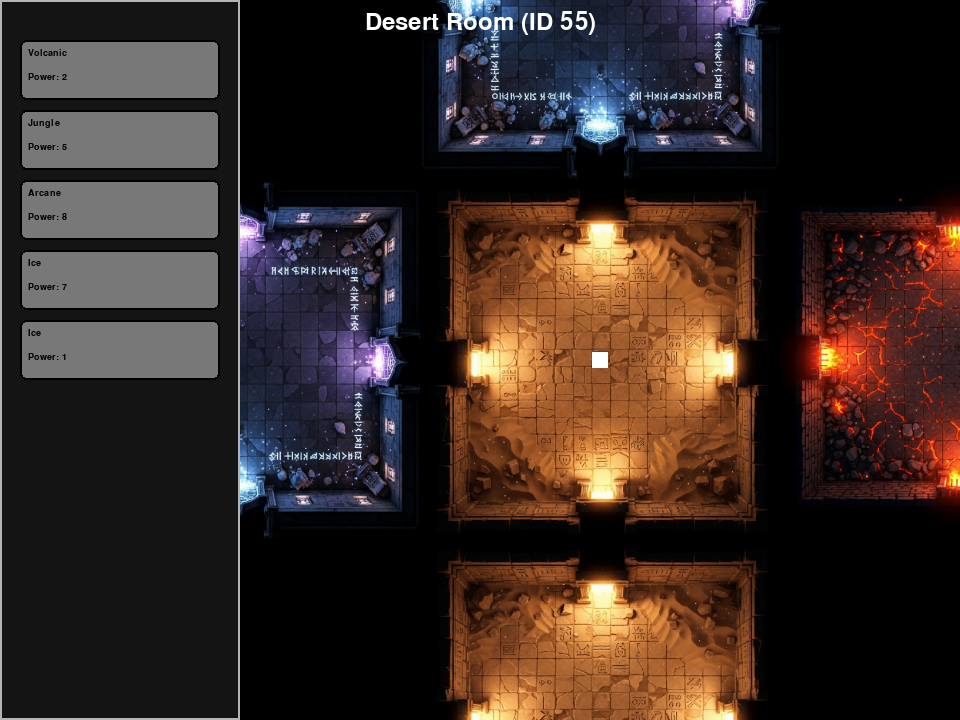
Repository: MehediMim/GateBound
Script's output: python main.py
These files come from the project's save history. The script's output is drawn as it stood at one moment and after a run of saves; the edit follows.
The window is shown after at most 60 frames with no key pressed. Random numbers start from a fixed seed. It also reads assets/bg_arcane.png, assets/bg_desert.png, assets/bg_ice.png, assets/bg_jungle.png, assets/bg_volcanic.png.

Above is the script's output before, as saved 2026-01-26 19:07:37.

### main.py
import pygame
import sys
import random

# =========================
# CONFIG
# =========================
ROOM_ORIGINAL = 720
ROOM_SCALE = 0.5
ROOM_DRAW = int(ROOM_ORIGINAL * ROOM_SCALE)  # 512
FPS = 60
PLAYER_SPEED = 5
DEBUG = True

GRID_W = 10
GRID_H = 10

# =========================
# UI / LAYOUT (IMPORTANT)
# =========================
SIDEBAR_W = 240                     # LEFT UI ONLY
PREVIEW_MARGIN = ROOM_DRAW // 2     # space for half rooms

SCREEN_WIDTH  = SIDEBAR_W + ROOM_DRAW + PREVIEW_MARGIN * 2
SCREEN_HEIGHT = ROOM_DRAW + PREVIEW_MARGIN * 2

# =========================
# CARD CONFIG
# =========================
CARD_TYPES = ["Jungle", "Desert", "Ice", "Volcanic", "Arcane"]
CARD_MIN_POWER = 1
CARD_MAX_POWER = 9
MAX_CARDS = 5

# =========================
# INIT
# =========================
pygame.init()
screen = pygame.display.set_mode((SCREEN_WIDTH, SCREEN_HEIGHT))
pygame.display.set_caption("Tower Puzzle — Rooms (10x10)")
clock = pygame.time.Clock()

font = pygame.font.SysFont(None, 36)
map_font = pygame.font.SysFont(None, 14)

# =========================
# ROOM TYPES + BG
# =========================
ROOM_TYPES = ["Jungle", "Desert", "Ice", "Volcanic", "Arcane"]

BG_RAW = {
    "Jungle": pygame.image.load("assets/bg_jungle.png").convert(),
    "Desert": pygame.image.load("assets/bg_desert.png").convert(),
    "Ice": pygame.image.load("assets/bg_ice.png").convert(),
    "Volcanic": pygame.image.load("assets/bg_volcanic.png").convert(),
    "Arcane": pygame.image.load("assets/bg_arcane.png").convert(),
}

BG = {
    k: pygame.transform.smoothscale(v, (ROOM_DRAW, ROOM_DRAW))
    for k, v in BG_RAW.items()
}

# =========================
# GAME BOX (UNCHANGED LOGIC)
# =========================
GAME_BOX_RECT = pygame.Rect(
    SIDEBAR_W + PREVIEW_MARGIN,
    PREVIEW_MARGIN,
    ROOM_DRAW,
    ROOM_DRAW
)

ROOM_RECT = GAME_BOX_RECT.copy()

# =========================
# DOORS
# =========================
DOORS = {
    "top":    pygame.Rect(ROOM_RECT.centerx - 56, ROOM_RECT.top - 112, 112, 112),
    "bottom": pygame.Rect(ROOM_RECT.centerx - 56, ROOM_RECT.bottom,     112, 112),
    "left":   pygame.Rect(ROOM_RECT.left - 112,   ROOM_RECT.centery - 56, 112, 112),
    "right":  pygame.Rect(ROOM_RECT.right,        ROOM_RECT.centery - 56, 112, 112),
}

WALK_RECT = ROOM_RECT.copy()
for r in DOORS.values():
    WALK_RECT.union_ip(r)

SPAWN = ROOM_RECT.center

# =========================
# WORLD (10x10 FIXED)
# =========================
rooms = {}

def room_id(x, y):
    return y * GRID_W + x

def create_world():
    for y in range(GRID_H):
        for x in range(GRID_W):
            rid = room_id(x, y)
            links = {}
            if y > 0: links["top"] = room_id(x, y - 1)
            if y < GRID_H - 1: links["bottom"] = room_id(x, y + 1)
            if x > 0: links["left"] = room_id(x - 1, y)
            if x < GRID_W - 1: links["right"] = room_id(x + 1, y)

            rooms[rid] = {
                "id": rid,
                "pos": (x, y),
                "type": random.choice(ROOM_TYPES),
                "links": links
            }

create_world()
current = room_id(GRID_W // 2, GRID_H // 2)

# =========================
# PLAYER
# =========================
player = pygame.Rect(0, 0, 16, 16)
player.center = SPAWN

# =========================
# CARDS
# =========================
cards = []

def create_random_card():
    return {
        "type": random.choice(CARD_TYPES),
        "power": random.randint(CARD_MIN_POWER, CARD_MAX_POWER)
    }

cards = [create_random_card() for _ in range(MAX_CARDS)]

# =========================
# MOVEMENT
# =========================
def move(dx, dy):
    player.x += dx
    player.y += dy
    player.clamp_ip(WALK_RECT)

def change_room(direction):
    global current
    if direction in rooms[current]["links"]:
        current = rooms[current]["links"][direction]
        player.center = SPAWN

def handle_doors():
    for d, r in DOORS.items():
        if player.colliderect(r):
            change_room(d)
            break

# =========================
# DRAW UI
# =========================
def draw_cards():
    x = 20
    y = 40
    w = SIDEBAR_W - 40
    h = 60
    gap = 10

    for i, c in enumerate(cards):
        rect = pygame.Rect(x, y + i * (h + gap), w, h)
        pygame.draw.rect(screen, (120, 120, 120), rect, border_radius=6)
        pygame.draw.rect(screen, (0, 0, 0), rect, 2, border_radius=6)
        screen.blit(map_font.render(c["type"], True, (0,0,0)), (rect.x+8, rect.y+8))
        screen.blit(map_font.render(f"Power: {c['power']}", True, (0,0,0)), (rect.x+8, rect.y+32))

def draw_minimap():
    panel_size = 160
    panel_x = 40
    panel_y = SCREEN_HEIGHT - panel_size - 40

    node = 14
    gap = 4
    step = node + gap

    center_x = panel_x + panel_size // 2 - node // 2
    center_y = panel_y + panel_size // 2 - node // 2

    pygame.draw.rect(screen, (20, 20, 20), (panel_x, panel_y, panel_size, panel_size))
    pygame.draw.rect(screen, (180, 180, 180), (panel_x, panel_y, panel_size, panel_size), 2)

    # center room
    pygame.draw.rect(screen, (0, 200, 255), (center_x, center_y, node, node))
    screen.blit(
        map_font.render(str(current), True, (0, 0, 0)),
        (center_x + 2, center_y + 1)
    )

    directions = {
        "top": (0, -1),
        "bottom": (0, 1),
        "left": (-1, 0),
        "right": (1, 0),
    }

    for d, (dx, dy) in directions.items():
        rid = current
        cx, cy = center_x, center_y

        for _ in range(5):  # max 5 each side
            nxt = rooms[rid]["links"].get(d)
            if nxt is None:
                break

            cx += dx * step
            cy += dy * step

            pygame.draw.line(
                screen, (120, 120, 120),
                (cx + node // 2 - dx * step, cy + node // 2 - dy * step),
                (cx + node // 2, cy + node // 2),
                2
            )

            pygame.draw.rect(screen, (150, 150, 150), (cx, cy, node, node))
            screen.blit(
                map_font.render(str(nxt), True, (0, 0, 0)),
                (cx + 2, cy + 1)
            )

            rid = nxt


# =========================
# LOOP
# =========================
while True:
    clock.tick(FPS)

    for e in pygame.event.get():
        if e.type == pygame.QUIT:
            pygame.quit()
            sys.exit()

    k = pygame.key.get_pressed()
    dx = dy = 0
    if k[pygame.K_a] or k[pygame.K_LEFT]: dx -= PLAYER_SPEED
    if k[pygame.K_d] or k[pygame.K_RIGHT]: dx += PLAYER_SPEED
    if k[pygame.K_w] or k[pygame.K_UP]: dy -= PLAYER_SPEED
    if k[pygame.K_s] or k[pygame.K_DOWN]: dy += PLAYER_SPEED

    move(dx, dy)
    handle_doors()

    screen.fill((0,0,0))

    # Sidebar
    pygame.draw.rect(screen, (20,20,20), (0,0,SIDEBAR_W,SCREEN_HEIGHT))
    pygame.draw.rect(screen, (180,180,180), (0,0,SIDEBAR_W,SCREEN_HEIGHT), 2)

    # Game box border
    pygame.draw.rect(screen, (30,30,30), GAME_BOX_RECT)
    pygame.draw.rect(screen, (180,180,180), GAME_BOX_RECT, 2)

    room = rooms[current]
    cx, cy = ROOM_RECT.topleft
    w = h = ROOM_DRAW
    half = w // 2

    # Center
    screen.blit(BG[room["type"]], (cx, cy))

    # Neighbors (VISIBLE, NOT CLIPPED)
    if "top" in room["links"]:
        t = rooms[room["links"]["top"]]
        screen.blit(BG[t["type"]].subsurface((0, half, w, half)), (cx, cy-half))
    if "bottom" in room["links"]:
        b = rooms[room["links"]["bottom"]]
        screen.blit(BG[b["type"]].subsurface((0, 0, w, half)), (cx, cy+w))
    if "left" in room["links"]:
        l = rooms[room["links"]["left"]]
        screen.blit(BG[l["type"]].subsurface((half, 0, half, h)), (cx-half, cy))
    if "right" in room["links"]:
        r = rooms[room["links"]["right"]]
        screen.blit(BG[r["type"]].subsurface((0, 0, half, h)), (cx+w, cy))

    pygame.draw.rect(screen, (255,255,255), player)

    draw_cards()

    label = font.render(f"{room['type']} Room (ID {current})", True, (255,255,255))
    screen.blit(label, (SCREEN_WIDTH//2 - label.get_width()//2, 10))

    pygame.display.flip()

After the next 3 saves:
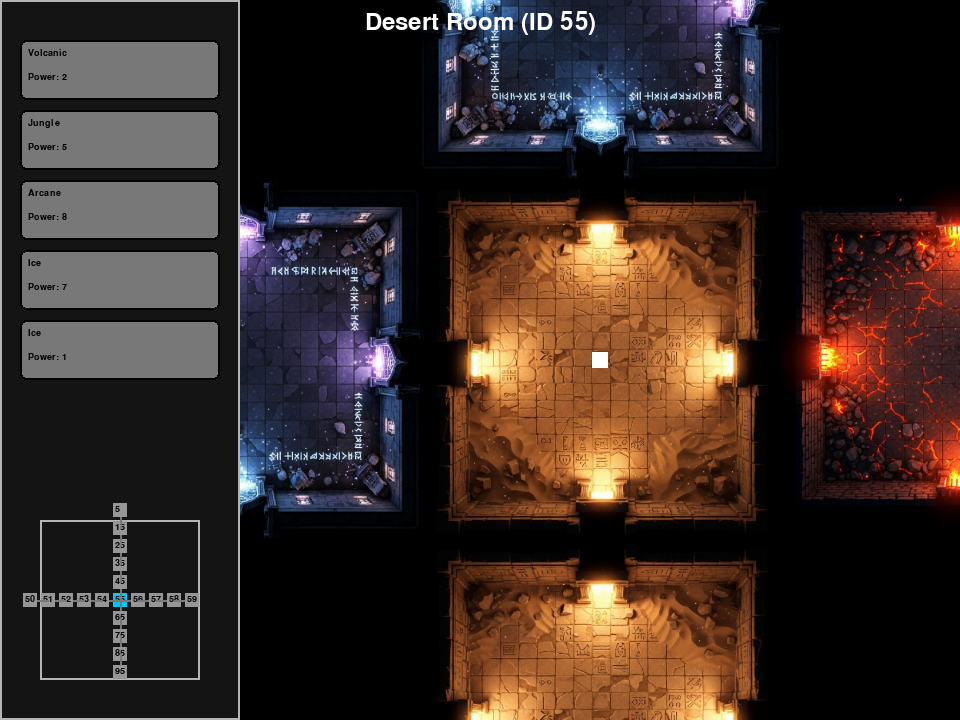
The 3 saves are shown as one change because they came seconds apart.
The last was saved 12 s later.
--- a/main.py
+++ b/main.py
@@ -286,6 +286,9 @@ while True:
     pygame.draw.rect(screen, (255,255,255), player)
 
     draw_cards()
+    # draw_cards()
+    draw_minimap()
+
 
     label = font.render(f"{room['type']} Room (ID {current})", True, (255,255,255))
     screen.blit(label, (SCREEN_WIDTH//2 - label.get_width()//2, 10))
